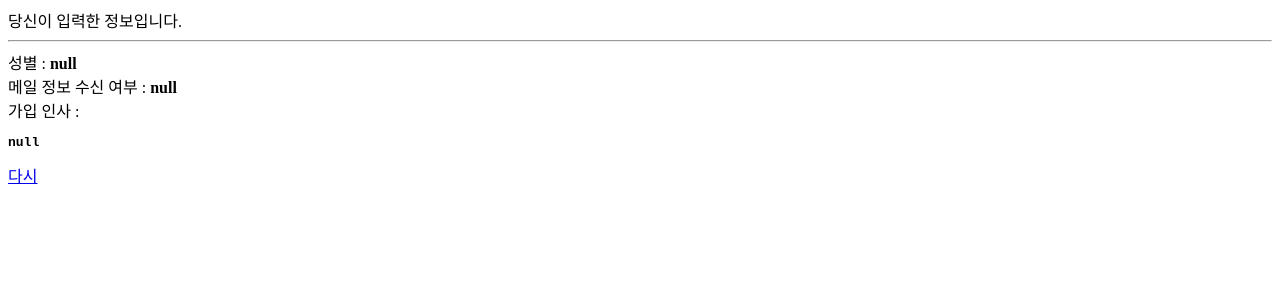
Repository: sinaboro/Jsp_202403
Page: http://localhost/web-study-02/RadioServlet
An editor plug-in stored every save of this project. The page is shown before and after the next save, followed by the edit.
The browser window is 1280 px wide. The pictures show the whole page.
The page is served by Tomcat 9. Other server files are loaded and not shown.

Above is the page before, as saved 2024-02-29 03:40:36.

### web-study-02/src/main/java/unit08/RadioServlet.java
package unit08;

import java.io.IOException;
import java.io.PrintWriter;

import javax.servlet.ServletException;
import javax.servlet.annotation.WebServlet;
import javax.servlet.http.HttpServlet;
import javax.servlet.http.HttpServletRequest;
import javax.servlet.http.HttpServletResponse;

@WebServlet("/RadioServlet")
public class RadioServlet extends HttpServlet {
	private static final long serialVersionUID = 1L;

	protected void doGet(HttpServletRequest request, HttpServletResponse response) throws ServletException, IOException {

		response.setContentType("text/html;charset=UTF-8");
		String gender = request.getParameter("gender");
		String chk_mail = request.getParameter("chk_mail");
		String content = request.getParameter("content");

		PrintWriter out = response.getWriter();
		out.print("<html><body>");
		out.println("당신이 입력한 정보입니다.<hr>");
		out.println("성별 : <b>");
		out.println(gender);
		out.println("</b><br> 메일 정보 수신 여부 : <b>");
		out.println(chk_mail);
		out.println("</b><br> 가입 인사 : <b><pre>");
		out.println(content);

		out.println("</b></pre><a href='javascript:history.go(-1)'>다시</a>");
		out.print("</body></html>");

		out.close();
	}

	protected void doPost(HttpServletRequest request, HttpServletResponse response) throws ServletException, IOException {
		doGet(request, response);
	}

}

After the next save:
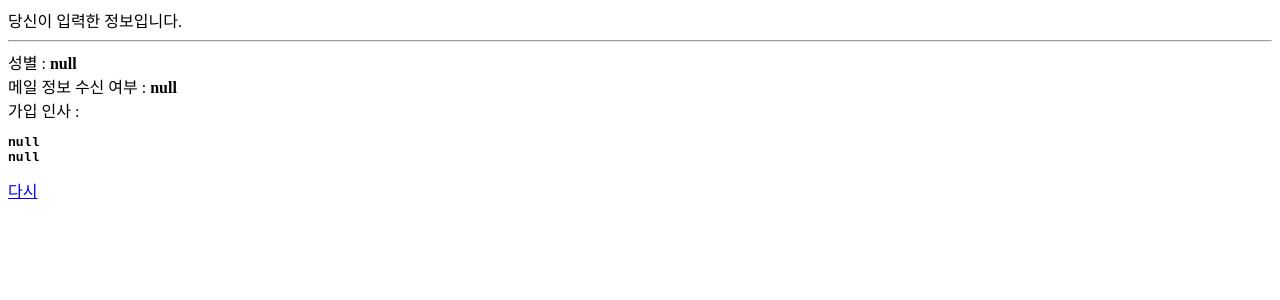
Saved 96 s later.
--- a/web-study-02/src/main/java/unit08/RadioServlet.java
+++ b/web-study-02/src/main/java/unit08/RadioServlet.java
@@ -18,6 +18,7 @@ public class RadioServlet extends HttpServlet {
 		response.setContentType("text/html;charset=UTF-8");
 		String gender = request.getParameter("gender");
 		String chk_mail = request.getParameter("chk_mail");
+ 		String[] item =request.getParameterValues("item");
 		String content = request.getParameter("content");
 
 		PrintWriter out = response.getWriter();
@@ -29,7 +30,7 @@ public class RadioServlet extends HttpServlet {
 		out.println(chk_mail);
 		out.println("</b><br> 가입 인사 : <b><pre>");
 		out.println(content);
-
+		out.println(item);
 		out.println("</b></pre><a href='javascript:history.go(-1)'>다시</a>");
 		out.print("</body></html>");
 
